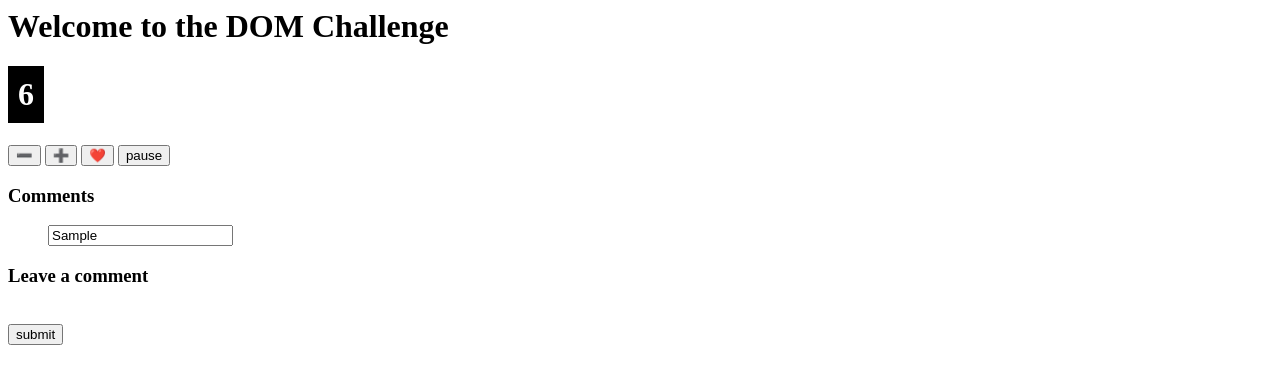
Repository: learn-co-students/jsdom-dom-challenge-austin-web-030920
Page: index.html
The author's editor kept a copy of each file at every save. The page is drawn from the files as they stood at one save, then again after the next save.
The browser window is 1280 px wide. The pictures show the whole page.
Empty fields were first filled with sample values (such as "Sample", 5 or name@example.com).
After loading, the first visible `#submit` was clicked once.

Above is the page before, as saved 2020-04-22 17:18:55.

### index.html
<html>

<head>
  <meta charset="UTF-8">
  <title>Dom Challenge</title>
  <style>
    #counter {
      background-color: black;
      color: white;
      display: table;
      padding: 10px;
    }
  </style>
</head>

<body>
  <h1>
    Welcome to the DOM Challenge
  </h1>
  <h1 id='counter'>
    0
  </h1>
  <!-- <span id='buttons'> -->
    <button id='minus'> ➖ </button>
    <button id='plus'> ➕ </button>
    <button id='heart'> ❤️ </button>
  <!-- </span> -->
  <button id='timerButton'> pause </button>
  <ul id = 'likes' class='likes'></ul>

  <div>
    <h3>Comments</h3>
    <ul id='list' class='comments'></ul>

    <h3>Leave a comment</h3>

    <form id="comment-form" action="">
      <input type='text' name="comment" id="comment-input" cols="30" rows="10">
      </br>
      <button id='submit'>submit</button>
    </form>

  </div>

  <!-- <script src="js/index.min.js"></script> -->
  <script src="js/challenge.js"></script>
</body>

</html>

### js/challenge.js
let timer;
const minus = document.getElementById('minus');
const plus = document.getElementById('plus');
const heart = document.getElementById('heart');
const counter = document.getElementById('counter');
const likes = document.getElementById('likes')
const subComment = document.getElementById('submit');
const allLikes = [];

document.addEventListener("DOMContentLoaded", () => {
    // your code here
    timer = setInterval(incrementCounter, 1000);
    subComment.addEventListener('click', addComment);
});

function incrementCounter() {
    counter.innerText++;

    // console.log(counter.innerText)
    timerButton = document.getElementById('timerButton');
    timerButton.addEventListener('click', toggleTimer);
    minus.addEventListener('click', decrementTimer);
    plus.addEventListener('click', incrementTimer);
    heart.addEventListener('click', addLike);
}

function toggleTimer(event) {
    // console.log(event.target);

    if (event.target.innerText === 'pause') {
        clearInterval(timer);
        event.target.innerText = 'resume';
        minus.disabled = true;
        plus.disabled = true;
        heart.disabled = true;
    } else if (event.target.innerText === 'resume') {
        timer = setInterval(incrementCounter, 1000);
        event.target.innerText = 'pause';
        minus.disabled = false;
        plus.disabled = false;
        heart.disabled = false;
    }
}

function incrementTimer(event) {
    counter.innerText++
}

function decrementTimer(event) {
    counter.innerText--
}


function addLike(event) {
    allLikes.push(counter.innerText);
    let qtyLikes = allLikes.filter(num => num === counter.innerText).length;

    if (qtyLikes < 2) {
        let currentLike = document.createElement('li');
        currentLike.id = counter.innerText;
        currentLike.innerText = `${counter.innerText} has been liked ${qtyLikes} times`;
        likes.appendChild(currentLike);
    } else {
        let currentLike = document.getElementById(counter.innerText);
        currentLike.innerText = `${counter.innerText} has been liked ${qtyLikes} times`;
    }
}

function addComment(event) {
    event.preventDefault();
    let comments = document.getElementById('lists');
    let comment = document.getElementById('comment-input');


    list.appendChild(comment)
}

After the next save:
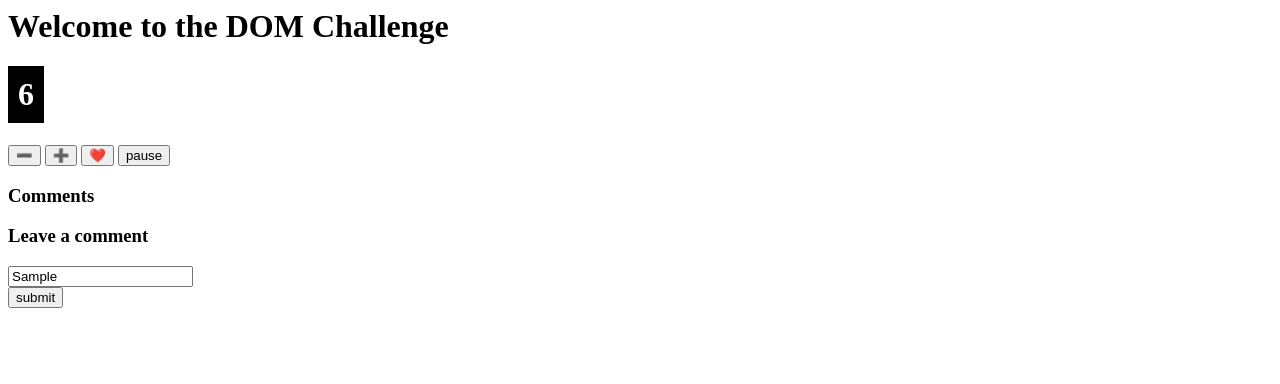
Console error: TypeError: Cannot read properties of null (reading 'appendChild')
Saved 10 s later.
--- a/js/challenge.js
+++ b/js/challenge.js
@@ -72,5 +72,5 @@
     let comment = document.getElementById('comment-input');
 
 
-    list.appendChild(comment)
+    comments.appendChild(comment)
 }

After the 4 saves that followed:
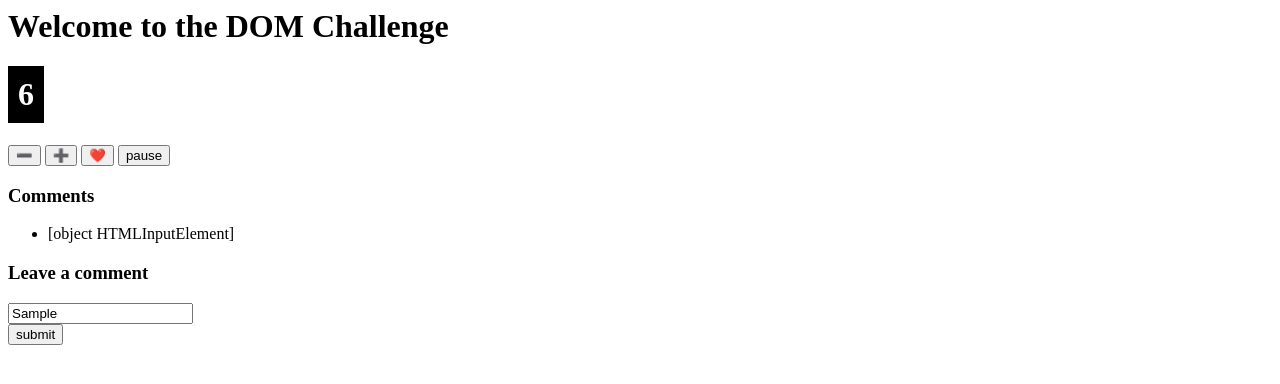
The error is gone.
The 4 saves are shown as one change because 3 left the picture as it was.
The last was saved 2 min 16 s later.
--- a/js/challenge.js
+++ b/js/challenge.js
@@ -68,9 +68,9 @@
 
 function addComment(event) {
     event.preventDefault();
-    let comments = document.getElementById('lists');
-    let comment = document.getElementById('comment-input');
-
-
+    let comments = document.getElementById('list');
+    let commentText = document.getElementById('comment-input');
+    let comment = document.createElement('li');
+    comment.innerText = commentText
     comments.appendChild(comment)
 }
